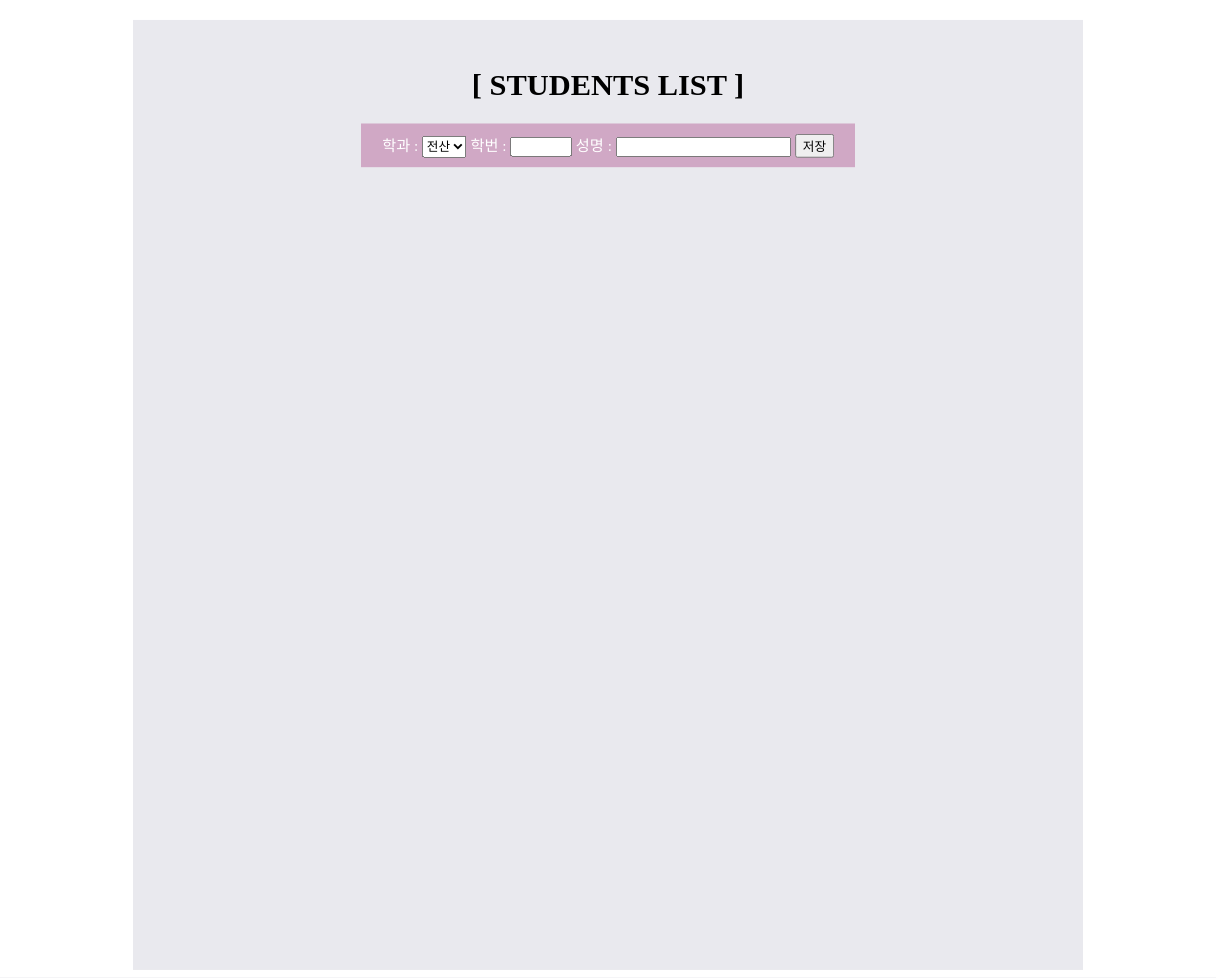
Repository: eeul07/html
Page: ex0508/WebContent/WEB-INF/students/slist.html
The author's editor kept a copy of each file at every save. The page is drawn from the files as they stood at one save, then again after the next save.
The browser window is 1280 px wide. The pictures show the whole page, at 95% of full size.
Some web libraries are served in a nearby version.

Above is the page before, as saved 2020-05-08 01:10:28.

### ex0508/WebContent/WEB-INF/students/slist.html
<!DOCTYPE html>
<html>
<head>
	<meta charset="UTF-8">
	<title>학생관리</title>
	<script src="http://code.jquery.com/jquery-1.9.1.js"></script>
	<script src="https://cdnjs.cloudflare.com/ajax/libs/handlebars.js/3.0.1/handlebars.js"></script>
	<style>
		#page{background:#E9E9EE; width:1000px; height:1000px; margin:auto;}
		h1{text-align:center; padding-top:50px;}
		select{height:23px;}
		#students{background:#D0A8C5; color:white; width:500px; padding:10px; margin:auto;
				text-align:center;}
		#tbl{margin:10px; width:450px;}
	</style>
</head>
<body>
	<div id="page">
		<h1>[ STUDENTS LIST ]</h1>
		<div id="students">
			학과 : <select id="dept">
				<option>전산</option>
				<option>전자</option>
				<option>건축</option>
				</select>
			학번 : <input type="text" id="scode" maxlength=8 size=5>
			성명 : <input type="text" id="sname">
			<input type="button" id="btnSave" value="저장">
		</div>
		<table id="tbl" border=1 width=500></table>
		<script id="temp" type="text/x-handlebars-template">
			{{#each array}}
				<tr class=row>
					<td><input type="checkbox" class="chk"></td>
					<td class=scode>{{scode}}</td>
					<td>{{sname}}</td>
					<td>{{dept}}</td>
					<td><button>삭제</button></td>
				</tr>
			{{/each}}
		</script>
	</div>
</body>
<script>
	$("#tbl").hide();
	var scode;
	var sname;
	var dept;

	$("#btnSave").on("click", function(){
		if(!confirm("학생을 등록하시겠습니까?")) return;
		scode=$("#scode").val();
		sname=$("#sname").val();
		dept=$("#dept").val();

		$.ajax({
			type:"post",
			url:"sinsert.jsp",
			data:{"scode":scode, "sname":sname, "dept":dept},
			dataType:"json",
			success:function(data){
				if(data.cnt==1){
					alert("이미 존재하는 학생입니다.")
				}
				var temp=Handlebars.compile($("#temp").html());
				$("#tbl").html(temp(data));
			}
		});
		$("#tbl").show();
	});
</script>
</html>

After the next save:
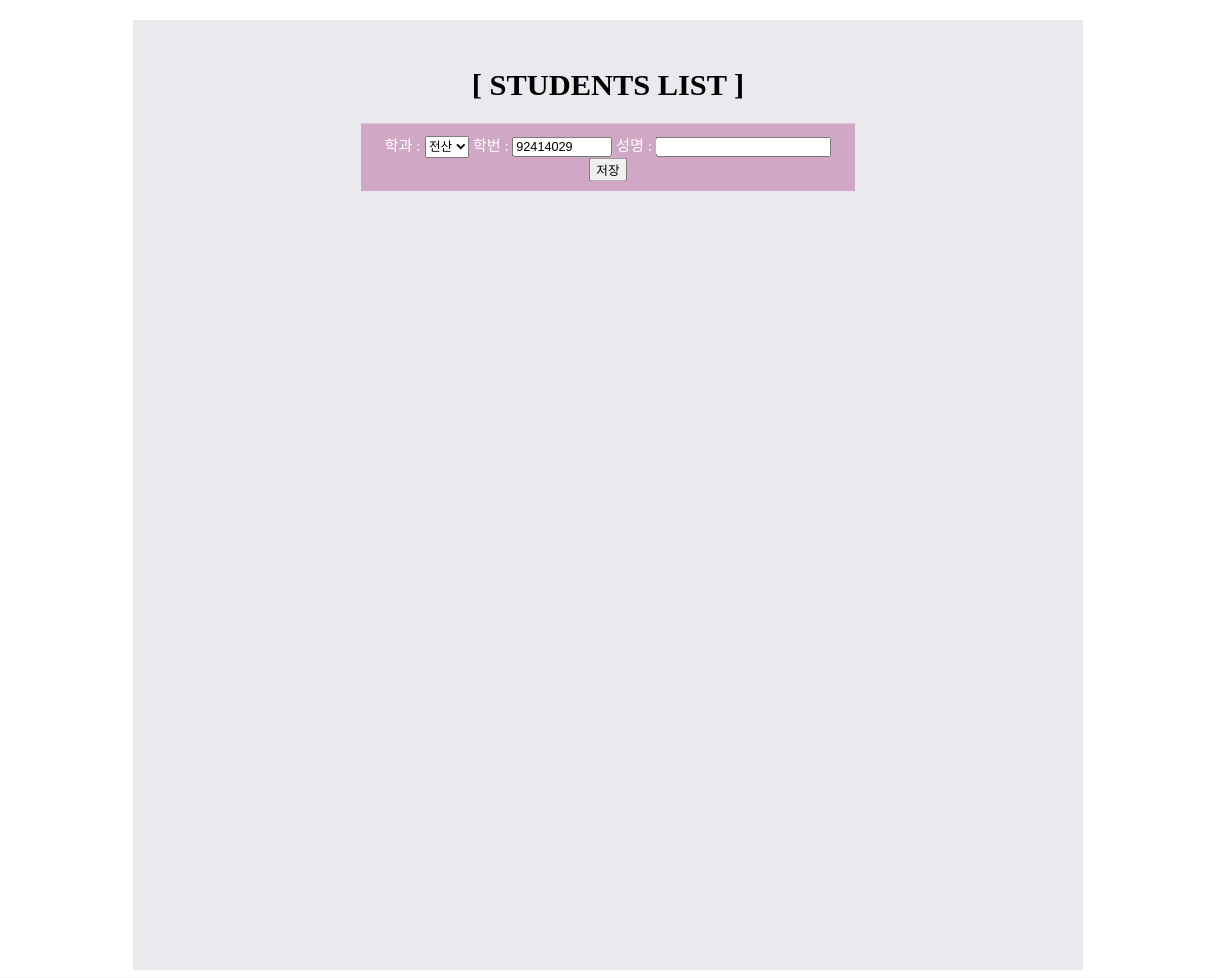
Saved 25 s later.
--- a/ex0508/WebContent/WEB-INF/students/slist.html
+++ b/ex0508/WebContent/WEB-INF/students/slist.html
@@ -23,7 +23,7 @@
 				<option>전자</option>
 				<option>건축</option>
 				</select>
-			학번 : <input type="text" id="scode" maxlength=8 size=5>
+			학번 : <input type="text" id="scode" maxlength=8 size=10 value="92414029">
 			성명 : <input type="text" id="sname">
 			<input type="button" id="btnSave" value="저장">
 		</div>
